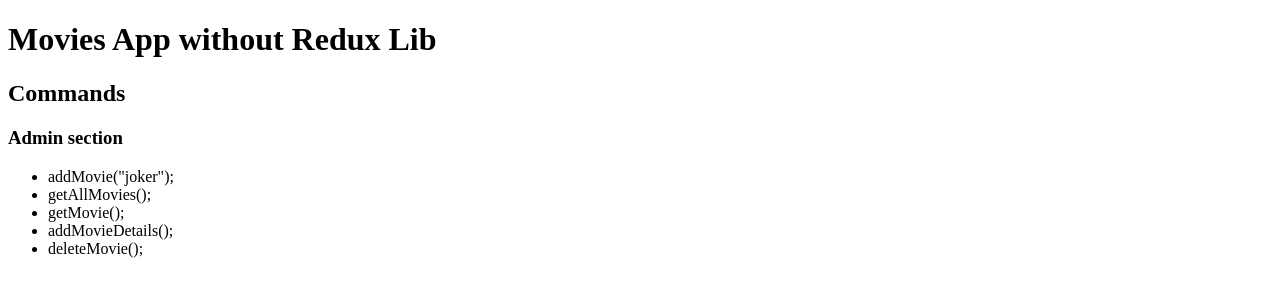
Repository: Kischa-hub/implement-Redux-from-scratch
Page: movie_ok.html
An editor plug-in stored every save of this project. The page is shown before and after the next save, followed by the edit.
The browser window is 1280 px wide. The pictures show the whole page.

Above is the page before, as saved 2021-02-07 14:13:04.
Console error: ReferenceError: Cannot access 'movies' before initialization

### movie_ok.html
<!DOCTYPE html>
<html lang="en">
  <head>
    <meta charset="UTF-8" />
    <meta name="viewport" content="width=device-width, initial-scale=1.0" />
    <title>Movies</title>
  </head>
  <body>
    <script src="movieapp_ok.js"></script>
    <h1>Movies App without Redux Lib</h1>
    <h2>Commands</h2>
    <h3>Admin section</h3>
    <ul>
      <li>addMovie("joker");</li>
      <li>getAllMovies();</li>
      <li>getMovie();</li>
      <li>addMovieDetails();</li>
      <li>deleteMovie();</li>
    </ul>
  </body>
</html>

### movieapp_ok.js
//Movie Object structure
//var Movie = {id:"000", name:"Joker", details:"Tragedy"};

//=========================================================================================================
//redux Store
//createstore without Redux Lib from scratch
const createStore = (reducer) => {
  let state;
  let listeners = [];
  const getState = () => state;
  const dispatch = (action) => {
    state = reducer(state, action);
    listeners.forEach((listener) => listener());
  };
  const subscribe = (listener) => {
    listeners.push(listener);
    return () => {
      //not understand this line
      listeners = listeners.filter((l) => l !== listener);
    };
  };
  dispatch({});

  return { getState, dispatch, subscribe };
};

//Define Store
const store = createStore(movies);

//===================================================================================================
//Reducers
//===================================================================================================

//Movies reducer
const movies = (state = [], action) => {
  switch (action.type) {
    case "ADD_MOVIE":
      //console.log("MoveName", action.payload.name);
      return [
        ...state,
        {
          id: action.payload.id,
          name: action.payload.name,
          details: action.payload.details,
        },
      ];

    case "DELETE_MOVIE":
      const movieId = action.payload.id;

      //console.log("movieid", movieId);

      //   const index = state.indexOf({
      //     id: action.payload.id,
      //   });

      /*
      //other way using findindex
      const index = state.findIndex((movie) => {
        console.log("movie", movie);
        return movie.Id == movieId;
      });
      console.log("index:", index);
      return [...state.slice(0, index).concat(state.slice(index + 1))];
      */
      [...state].filter((m) => m.id != movieId);
      // console.log("na", na);
      // console.log("state", state);
      return [...state].filter((m) => m.id != movieId);

    case "UPDATE_MOVIE":
      //

      //const movieId = action.payload;
      if (state.id !== action.payload.id) {
        return state;
      }
      return {
        //if it is the selected one then return the Movie and Update Details
        ...state,
        details: action.payload.details,
      };

    //*********************************************** */
    //   //if it is not the selected one return it as it is

    //   console.log("action.id", action.id);
    //   console.log("action.details", action.details);
    //   if (state.id !== action.id) {
    //     return state;
    //   }
    //   return {
    //     //if it is the selected one then return the Movie and Update Details
    //     ...state,
    //     details: action.details,
    //   };
    // //console.log("State", state);
    //*********************************************** */

    default:
      return state;
  }
};

//Methods

const getAllMovies = () => {
  console.log(store.getState());
};

//kareem

const addMovie = (movieName, details = "") => {
  store.dispatch({
    type: "ADD_MOVIE",
    id: Date.now(),
    name: movieName,
    details: details,
  });
};

//using payload
const addMovie2 = (movieName, details = "") => {
  store.dispatch({
    type: "ADD_MOVIE",
    payload: { id: Date.now(), name: movieName, details: details },
  });
};

const deleteMovie = (movieId) => {
  store.dispatch({ type: "DELETE_MOVIE", payload: { id: movieId } });
};

const updateMovie = (movieId, details) => {
  store.dispatch({ type: "UPDATE_MOVIE", id: movieId, details: details });
};

store.subscribe(() => {
  console.log("Store wird erfolgreich aktualisiert");
});

getAllMovies();

After the next save:
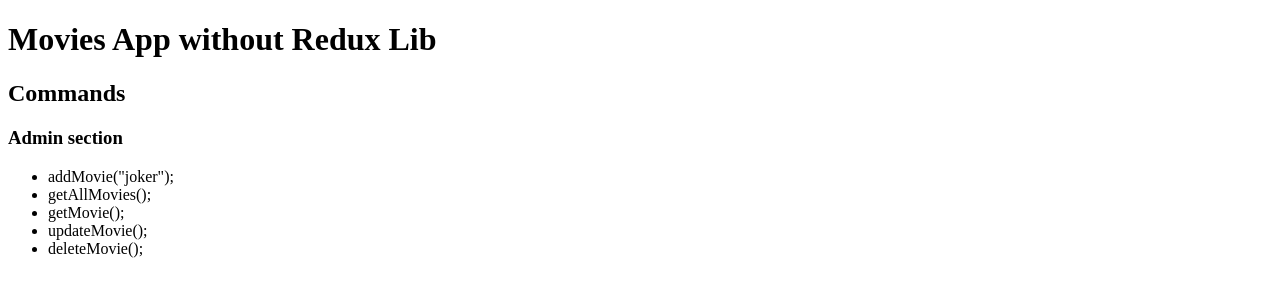
Saved 6 s later.
--- a/movie_ok.html
+++ b/movie_ok.html
@@ -14,7 +14,7 @@
       <li>addMovie("joker");</li>
       <li>getAllMovies();</li>
       <li>getMovie();</li>
-      <li>addMovieDetails();</li>
+      <li>updateMovie();</li>
       <li>deleteMovie();</li>
     </ul>
   </body>
